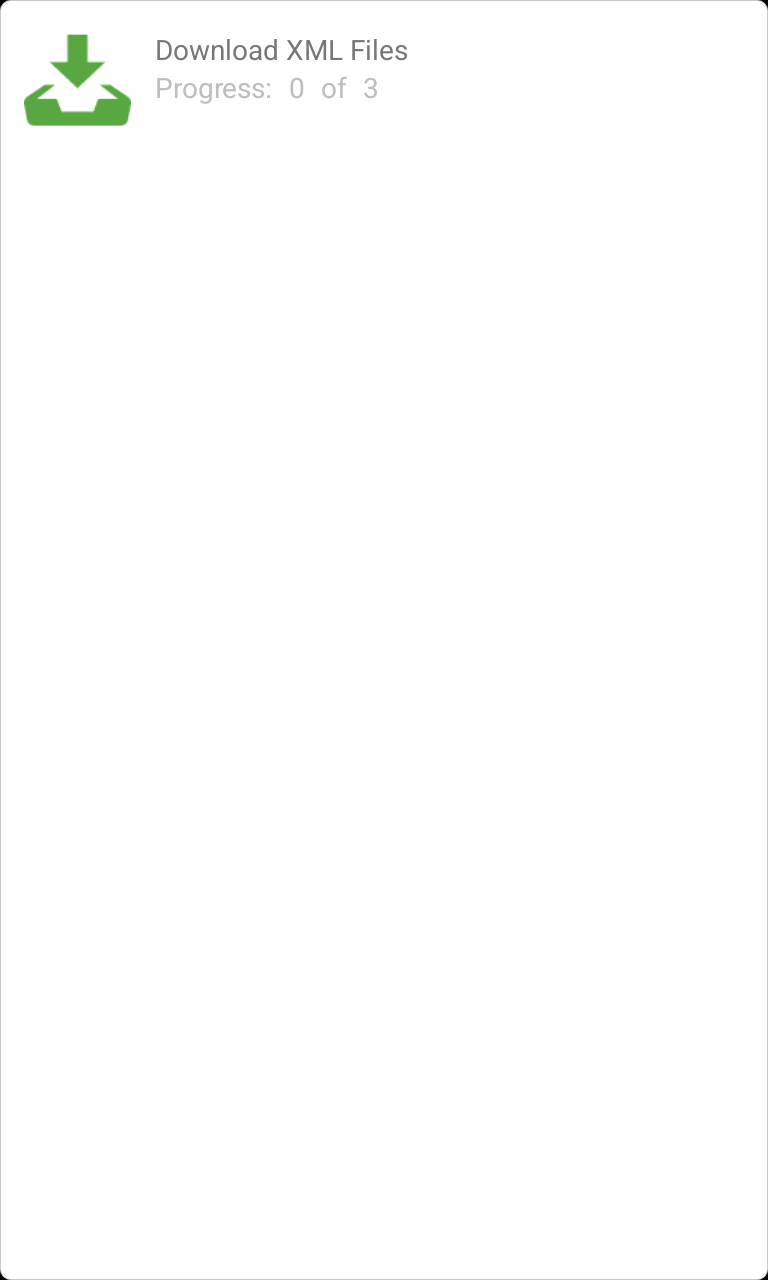
Repository: easyCZ/UoE-Projects
Layout: UG3-SELP/res/layout/download_and_parse.xml
An editor plug-in stored every save of this project. The layout is shown before and after the next save, followed by the edit.
It is drawn on a 768 x 1280 px phone screen (xhdpi) without system bars, with theme android:Theme.Black.NoTitleBar; the app's code is not run.

Above is the layout before, as saved 2013-12-06 16:02:27.

After the next save:
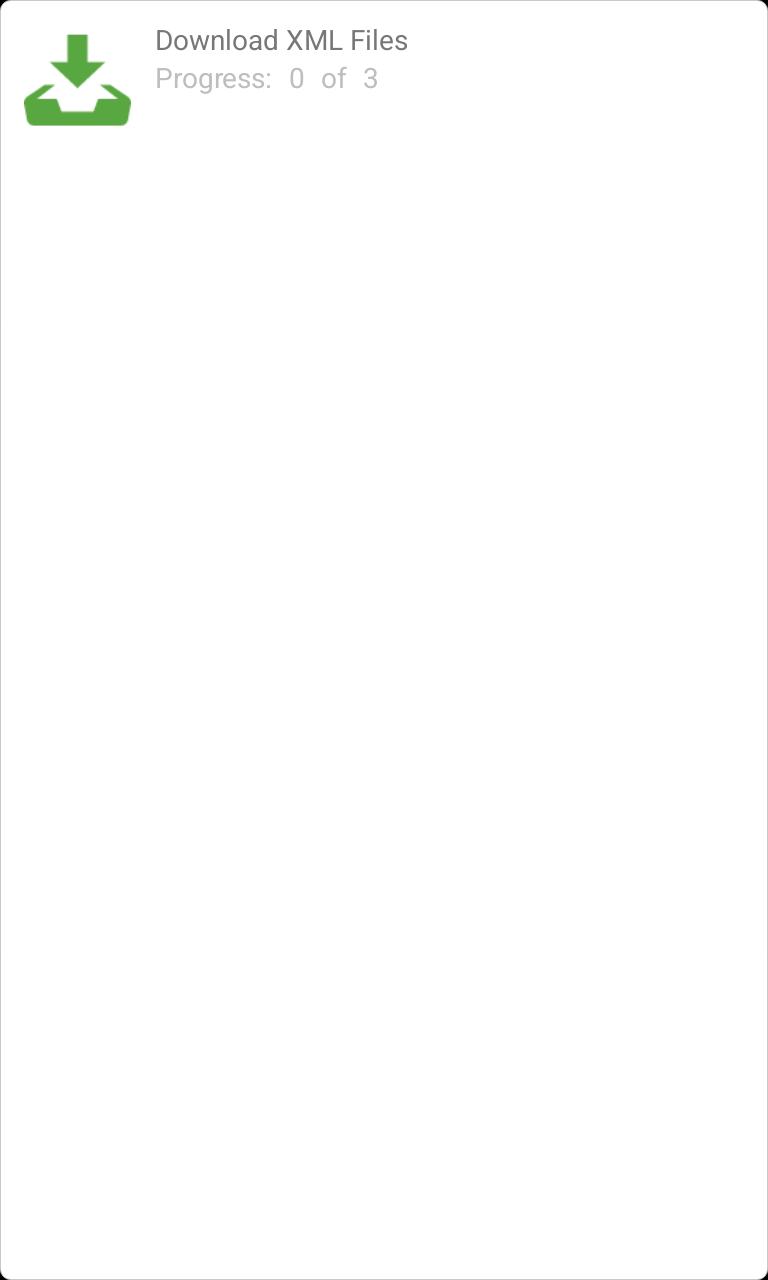
Saved 28 s later.
--- a/UG3-SELP/res/layout/download_and_parse.xml
+++ b/UG3-SELP/res/layout/download_and_parse.xml
@@ -21,7 +21,7 @@
         android:layout_width="wrap_content"
         android:layout_height="wrap_content"
         android:layout_alignParentTop="true"
-        android:layout_marginTop="15dp"
+        android:layout_marginTop="10dp"
         android:layout_toRightOf="@+id/imageView1"
         android:text="Download XML Files"
         android:textColor="#777777" />
